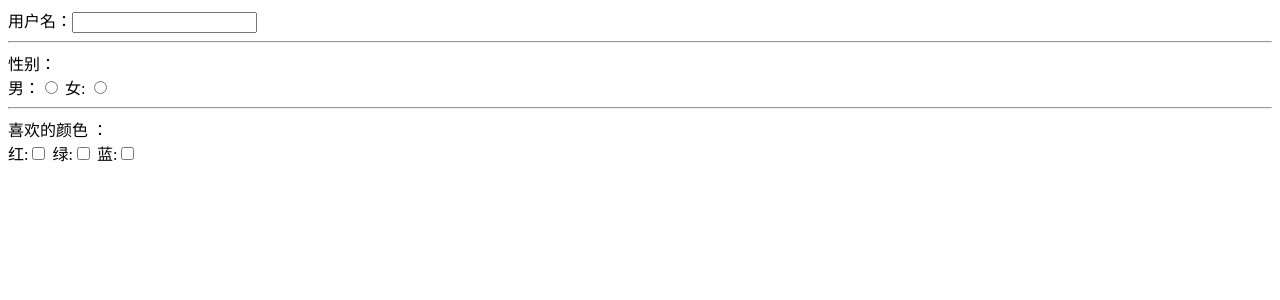
Repository: frankstar007/java
Page: http://localhost/Servlet_Study/from.jsp
These files come from the project's save history. The page is drawn as it stood at one moment and after the next save; the edit follows.
The browser window is 1280 px wide. The pictures show the whole page.
The page is served by Tomcat 9. Nobody is signed in. The application's start-up code is not run.

Above is the page before, as saved 2016-05-16 01:05:17.

After the next save:
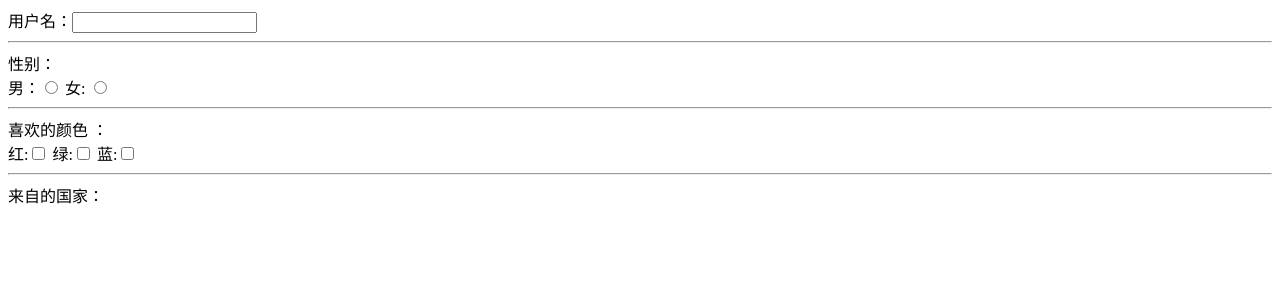
Saved 56 s later.
--- a/Servlet_Study/WebContent/from.jsp
+++ b/Servlet_Study/WebContent/from.jsp
@@ -17,6 +17,9 @@
 		 红:<input type="checkbox" name="color" value="红色">
 		 绿:<input type="checkbox" name="color" value="绿色">
 		 蓝:<input type="checkbox" name="color" value="蓝色">
+		 <hr>
+		 来自的国家：<br/>
+		 <selec
 
 	</form>
 </body>
